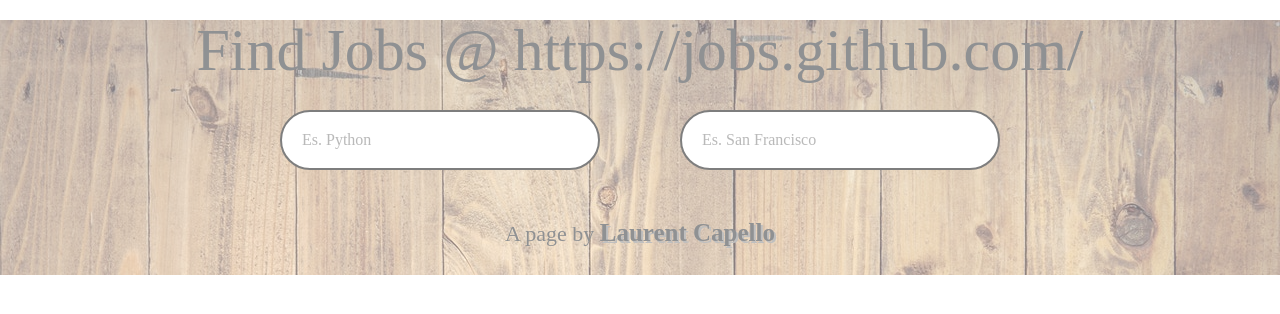
Repository: sokafootball/job-finder
Page: /
An editor plug-in stored every save of this project. The page is shown before and after the next save, followed by the edit.
The browser window is 1280 px wide. The pictures show the whole page.
The page's requests for data from a server got no answer. The project was rebuilt for these pictures with package versions that can differ from the ones it lists, and the page was loaded fresh each time. No one was signed in, and anything a server would have sent is missing. Also part of the build but not shown: src/components/JobCard/JobCard.css, src/components/JobCard/JobCard.js.

Above is the page before, as saved 2020-10-22 17:25:36.

After the next save:
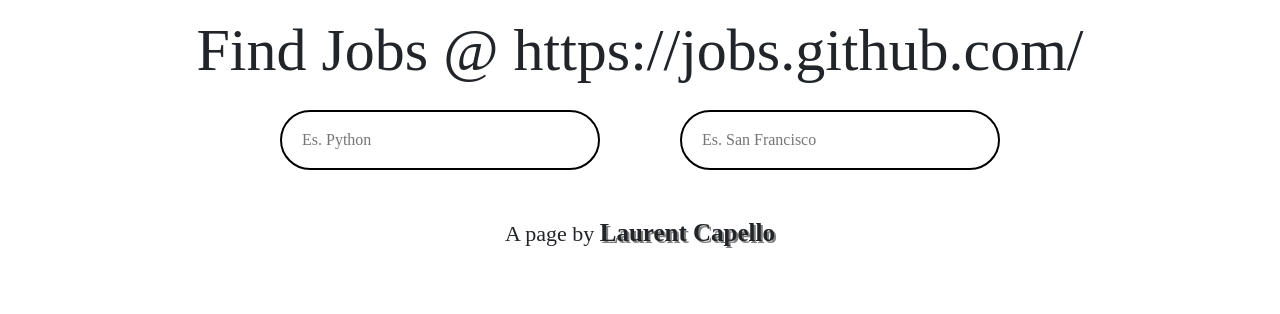
Saved 96 s later.
--- a/src/components/App/App.css
+++ b/src/components/App/App.css
@@ -42,8 +42,6 @@
 }
 
 #main-div{
-  background-image: url("../../background.jpg");
-  opacity: 0.5;
   align-items: center;
   display: flex;
   flex-direction: column;
